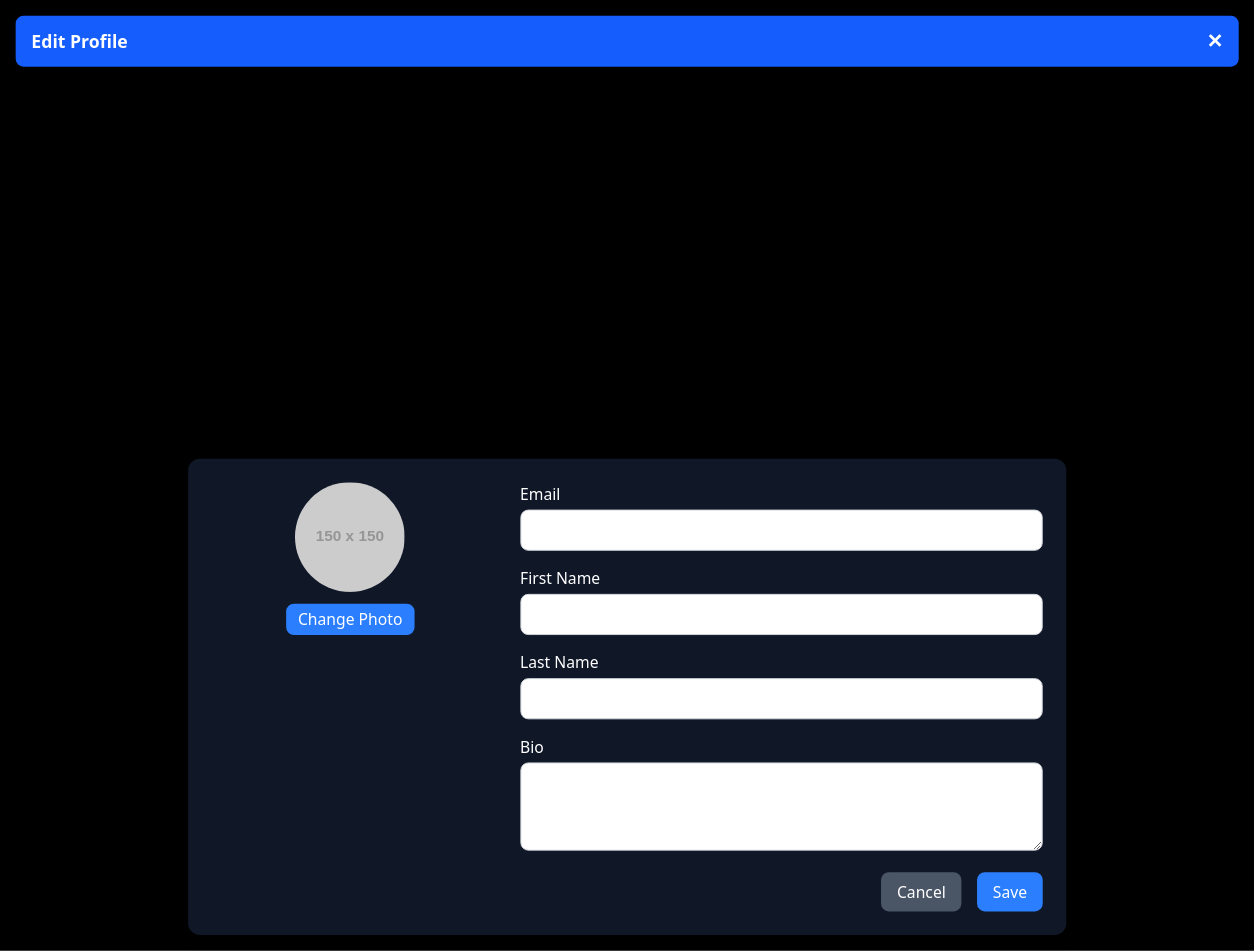
Repository: Tushal27/LinkdPlus-Frontend
Page: /Edit-Profile
The author's editor kept a copy of each file at every save. The page is drawn from the files as they stood at one save, then again after the next save.
The browser window is 1280 px wide. The pictures show the whole page, at 98% of full size.
The page's requests for data from a server got no answer. The project was rebuilt for these pictures with package versions that can differ from the ones it lists, and the page was loaded fresh each time. No one was signed in, and anything a server would have sent is missing. Also part of the build but not shown: vite.config.js, src/pages/Login.jsx, src/pages/Register.jsx, src/pages/HomePage.jsx, src/pages/Profile.jsx, src/components/CommentsDrawer.jsx, src/pages/Posts.jsx. Imported but missing from the stored project, and not drawn on this page: src/components/PostCard, src/pages/Layout.

Above is the page before, as saved 2025-08-04 01:36:31.

After the next save:
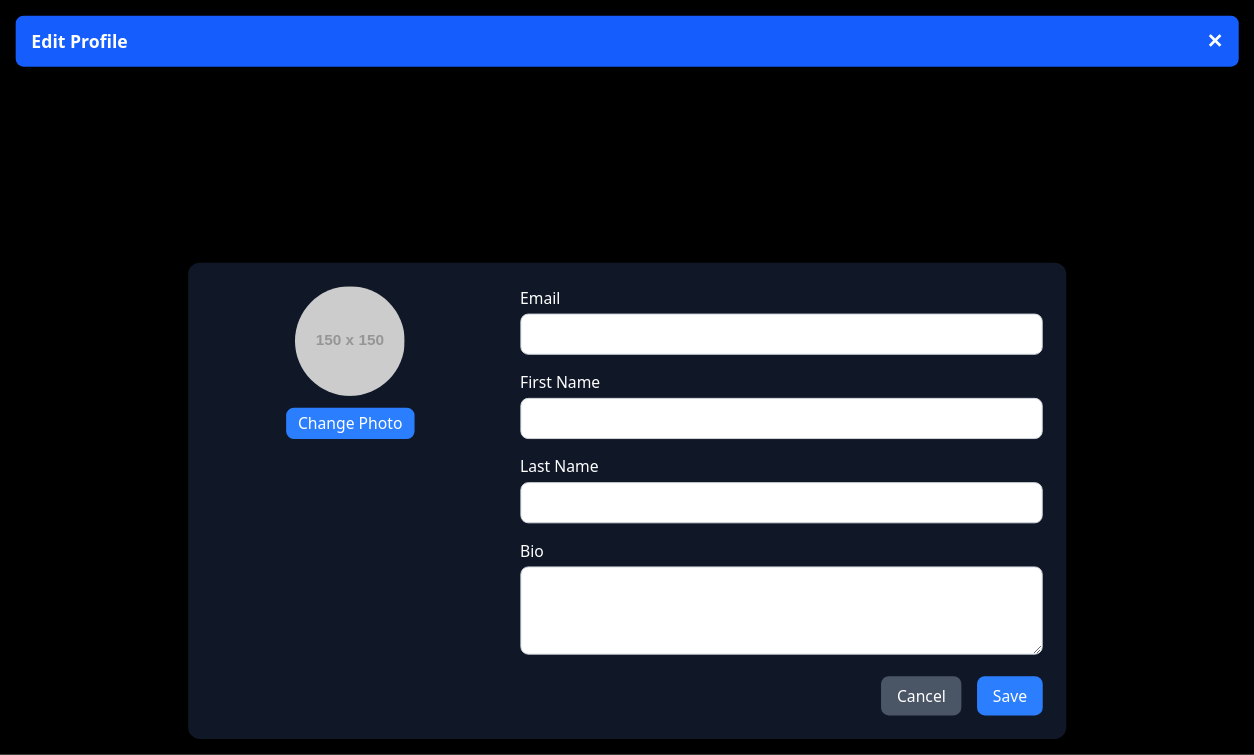
Saved 17 s later.
--- a/src/pages/EditProfile.jsx
+++ b/src/pages/EditProfile.jsx
@@ -68,7 +68,7 @@ const EditProfile = () => {
   return (
     <div className="min-h-screen bg-black text-white p-4">
       {/* Navbar */}
-      <div className="flex justify-between lg:mb-100 items-center bg-blue-600 px-4 py-3 rounded-lg mb-6">
+      <div className="flex justify-between lg:mb-50 items-center bg-blue-600 px-4 py-3 rounded-lg mb-6">
         <h2 className="text-lg font-bold">Edit Profile</h2>
         <button
           onClick={() => navigate("/profile")}
